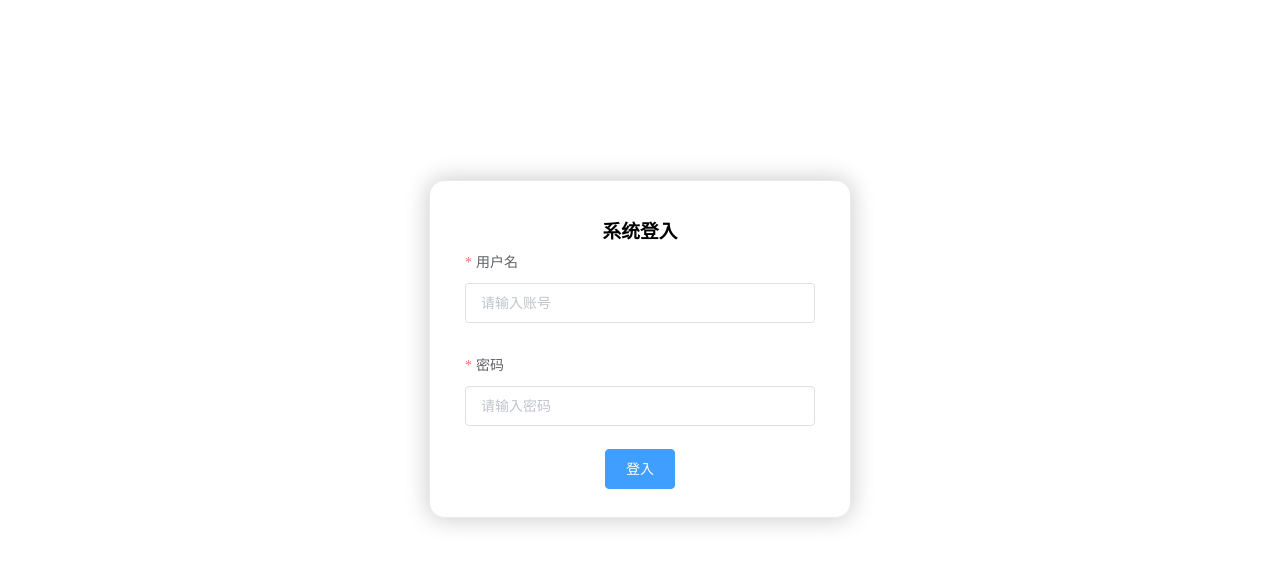
Repository: ldqml/ldqml.github.io
Page: /#/login
An editor plug-in stored every save of this project. The page is shown before and after the next save, followed by the edit.
The browser window is 1280 px wide. The pictures show the whole page.
The project was rebuilt for these pictures with package versions that can differ from the ones it lists, and the page was loaded fresh each time. Also part of the build but not shown: vue.config.js, src/api/request.js, src/api/index.js, src/views/User.vue, src/views/Home.vue, src/components/ComAside.vue, src/components/ComHeader.vue, src/components/CommonTag.vue and 4 more.

Above is the page before, as saved 2022-11-12 13:11:49.

### src/main.js
import Vue from 'vue'
import App from './App.vue'
import ElementUi from 'element-ui'
import 'element-ui/lib/theme-chalk/index.css'
import router from './router'
import store from './store'
import './api/mock'

Vue.use(ElementUi)
Vue.config.productionTip = false

new Vue({
  router,
  store,
  render: h => h(App),
}).$mount('#app')

### src/App.vue
<template>
  <div id="app">
    <!-- <el-row>
      <el-button disabled>默认按钮</el-button>
      <el-button type="primary" disabled>主要按钮</el-button>
      <el-button type="success" disabled>成功按钮</el-button>
      <el-button type="info" disabled>信息按钮</el-button>
      <el-button type="warning" disabled>警告按钮</el-button>
      <el-button type="danger" disabled>危险按钮</el-button>
    </el-row> -->
    <router-view></router-view>
  </div>
</template>

<script>
export default {
  name: "App",
  components: {},
};
</script>

<style lang="less">
html, body,h3,p{
  margin: 0;
  padding: 0;
}
</style>

### src/router/index.js
import Vue from 'vue'
import VueRouter from 'vue-router'
import User from '../views/User.vue'
import Home from '../views/Home.vue'
import Main from '../views/Main.vue'
import Mall from '../views/Mall.vue'
import PageOne from '../views/PageOne.vue'
import PageTwo from '../views/PageTwo.vue'
import Login from '../views/Login.vue'

Vue.use(VueRouter)

const routes = [
    {
        path:'/',
        component:Main,
        redirect:'/home',
        children:[
            {
                path:'/',
                name:'home',
                component: Home
            },
            {
                path:'/user',
                name:'user',
                component: User
            },
            {
                path:'/mall',
                name:'mall',
                component: Mall
            },
            {
                path:'/page1',
                name:'page1',
                component: PageOne
            },
            {
                path:'/page2',
                name:'page2',
                component: PageTwo
            }
        ]
    },
    {
        path:'/login',
        component: Login
    }
]

const router = new VueRouter({
    routes
})

export default router

### src/store/index.js
import Vue from 'vue'
import Vuex from 'vuex'
import tab from './tab'

Vue.use(Vuex)

export default new Vuex.Store({
    modules:{
        tab
    }
})

### src/api/mock.js
import Mock from 'mockjs'
import homeApi from './mockServe/home'
import userApi from './mockServe/user'

Mock.mock('/api/home/getDate',homeApi.getStateDate)
Mock.mock('/api/user/add','post',userApi.createUser)
Mock.mock('/api/user/edit','post',userApi.updateUser)
Mock.mock('/api/user/del','post',userApi.deleteUser)
Mock.mock(/api\/user\/getUser/,userApi.getUserList)

### src/views/Login.vue
<template>
    <el-form class="login-container" :model="form" :rules="rules">
        <h3 class="login_title">系统登入</h3>
        <el-form-item label="用户名" prop="username">
            <el-input v-model="form.username" placeholder="请输入账号"></el-input>
        </el-form-item>
        <el-form-item label="密码" prop="password">
            <el-input type="password" v-model="form.password" placeholder="请输入密码"></el-input>
        </el-form-item>
        <el-form-item class="bt">
            <el-button type="primary">登入</el-button>
        </el-form-item>
    </el-form>
</template>

<script>
export default {
    data() {
        return {
            form:{
                username:'',
                password:''
            },
            rules:{
                username:[
                    {required:true,trigger:'blur',message:'请输入用户名'}
                ],
                password:[
                    {required:true,trigger:'blur',message:'请输入密码'}
                ]
            }
        }
    },
}
</script>

<style lang="less" scoped>
.login-container{
    width: 350px;
    border: 1px solid #eaeaea;
    margin: 180px auto;
    padding: 35px 35px 5px 35px;
    background: #fff;
    border-radius: 15px;
    box-shadow: 0 0 25px #cac6c6;
    .login_title{
        text-align: center;
    }
    .bt{
        text-align: center;
    }
}
</style>

### src/store/tab.js
export default{
    state:{
        isCollapse:false,
        tabsList:[
            {
                path: '/',
                name: 'home',
                label: '首页',
                icon: 's-home',
                url: 'Home/Home'
              }
        ]
    },
    mutations:{
        collapseMenu(state){
            state.isCollapse= !state.isCollapse
        },
        selectMenu(state,val){
            if(val.name !== 'home'){
                const index = state.tabsList.findIndex(item => item.name === val.name);
                if(index === -1){
                    state.tabsList.push(val)
                }
            }
        },
        closeTag(state,item){
            console.log(item,'item')
            const index = state.tabsList.findIndex(val => val.name === item.name)
            state.tabsList.splice(index,1)
        }
    }
}

### src/api/mockServe/home.js
import Mock from 'mockjs'

let List = []
export default {
    getStateDate:()=>{
        for(let i=0; i<7;i++){
            List.push(
                Mock.mock({
                    苹果:Mock.Random.float(100,8000,0,0),
                    vivo:Mock.Random.float(100,8000,0,0),
                    OPPO:Mock.Random.float(100,8000,0,0),
                    华为:Mock.Random.float(100,8000,0,0),
                    三星:Mock.Random.float(100,8000,0,0),
                    小米:Mock.Random.float(100,8000,0,0)
                })
            )
        }
        return {
            code:20000,
            data:{
                videData:[
                    {
                        name:'小米',
                        value:2999
                    },
                    {
                        name:'苹果',
                        value:2000
                    },
                    {
                        name:'vivo',
                        value:1699
                    },
                    {
                        name:'OPPO',
                        value:4999
                    },
                    {
                        name:'华为',
                        value:3699
                    },
                    {
                        name:'三星',
                        value:2499
                    }
                ],
                userData:[
                    {
                        date:'周一',
                        new:5,
                        active:200
                    },
                    {
                        date:'周二',
                        new:5,
                        active:500
                    },
                    {
                        date:'周三',
                        new:20,
                        active:550
                    },
                    {
                        date:'周四',
                        new:66,
                        active:600
                    },
                    {
                        date:'周五',
                        new:20,
                        active:100
                    },
                    {
                        date:'周六',
                        new:65,
                        active:400
                    },
                    {
                        date:'周日',
                        new:10,
                        active:300
                    }
                ],
                orderData:{
                    date:[],
                    data:List
                },
                tableData:[
                    {
                        name:'vivo',
                        todayBuy:200,
                        monthBuy:550,
                        totalBuy:22400
                    },
                    {
                        name:'OPPO',
                        todayBuy:300,
                        monthBuy:250,
                        totalBuy:29400
                    },
                    {
                        name:'苹果',
                        todayBuy:100,
                        monthBuy:150,
                        totalBuy:42400
                    },
                    {
                        name:'三星',
                        todayBuy:400,
                        monthBuy:450,
                        totalBuy:12400
                    },
                    {
                        name:'华为',
                        todayBuy:400,
                        monthBuy:650,
                        totalBuy:32400
                    },
                    {
                        name:'小米',
                        todayBuy:300,
                        monthBuy:450,
                        totalBuy:62400
                    }
                ]
            }
        }
    }
}

### src/api/mockServe/user.js
import Mock from "mockjs";

function param2Obj(url){
    const search = url.split('?')[1]
    if(!search){
        return {}
    }
    return JSON.parse(
        '{"'+
        decodeURIComponent(search)
        .replace(/"/g, '\\"')
        .replace(/&/g,'","')
        .replace(/=/g,'":"') +
        '"}'
    )
}

let List = []
const count = 200
for(let i = 0; i < count; i++){
    List.push(
        Mock.mock({
            id:Mock.Random.guid(),
            name:Mock.Random.cname(),
            addr:Mock.mock('@county(true)'),
            'age|18-60':1,
            birth:Mock.Random.date(),
            sex:Mock.Random.integer(0,1)
        })
    )
}

export default {
    getUserList: config =>{
        const {name,page =1,limit =20} = param2Obj(config.url)
        console.log('name:'+name,'page:'+page,'分页大小limit:' +limit)
        const mockList = List.filter(user=>{
            if(name&&user.name.indexOf(name)===-1&&user.addr.indexOf(name)===-1) return false
            return true
        })
        const pageList =mockList.filter((item,index)=>index<limit*page&&index>=limit*(page-1))
        return{
            code:20000,
            count:mockList.length,
            list:pageList
        }
    },
    createUser:config=>{
        const {name,addr,age,birth,sex} = JSON.parse(config.body)
        console.log(JSON.parse(config.body))
        List.unshift({
            id:Mock.Random.guid(),
            name:name,
            addr:addr,
            age:age,
            birth:birth,
            sex:sex
        })
        return{
            code:20000,
            date:{
                message:'添加成功'
            }
        }
    },
    deleteUser:config=>{
        const {id} = JSON.parse(config.body)
        if(!id){
            return{
                code:-999,
                message:'参数不正确'
            }
        }else{
            List= List.filter(u => u.id !== id)
            return{
                code:20000,
                message:'删除成功'
            }
        }
    },
    batchremove:config=>{
        let {ids} = param2Obj(config.url)
        ids = ids.split(',')
        List = List.filter(u => !ids.includes(u.id))
        return{
            code:20000,
            data:{
                message:'批量删除成功'
            }
        }
    },
    updateUser:config=>{
        const {id,name,addr,birth,sex,age} = JSON.parse(config.body)
        const sex_num = parseInt(sex)
        List.some(u =>{
            if(u.id === id){
                u.name = name
                u.addr = addr
                u.birth = birth
                u.sex = sex_num
                u.age = age
                return true
            }
        })
        return{
            code:20000,
            data:{
                message:'编辑成功'
            }
        }
    }
}

Loaded but not shown: public/index.html (common file)

After the next save:
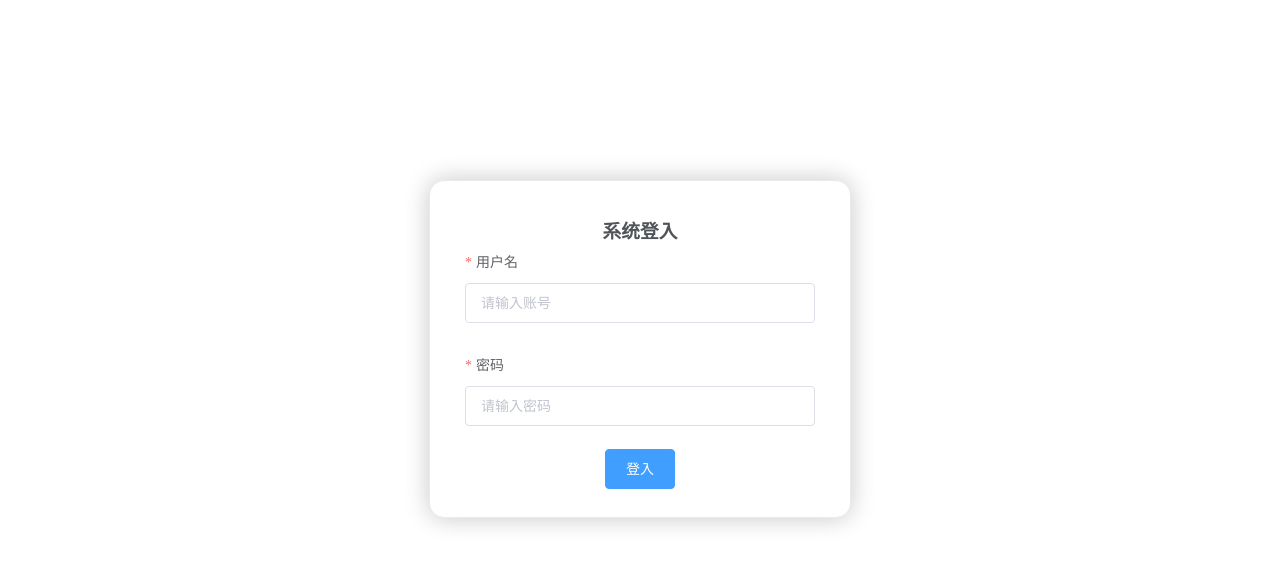
Saved 73 s later.
--- a/src/views/Login.vue
+++ b/src/views/Login.vue
@@ -45,6 +45,7 @@ export default {
     box-shadow: 0 0 25px #cac6c6;
     .login_title{
         text-align: center;
+        color: #505458;
     }
     .bt{
         text-align: center;
